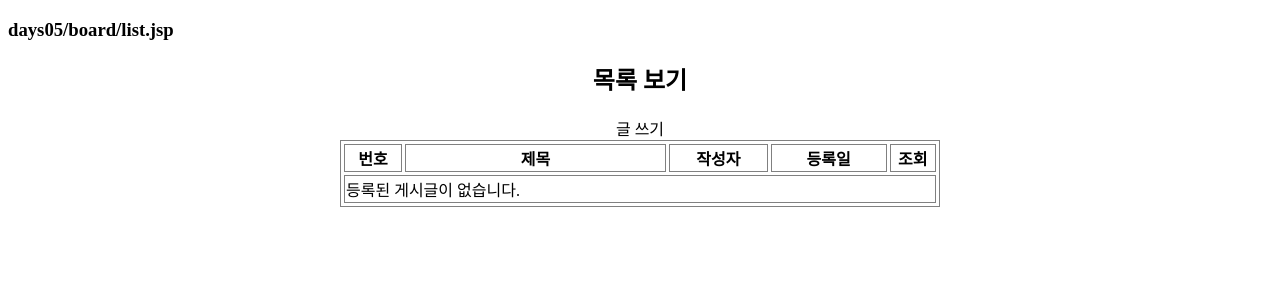
Repository: JavaYoo/kakao-emoticon-web-clone
Page: http://localhost/jspPro/days08/board/list.jsp
The author's editor kept a copy of each file at every save. The page is drawn from the files as they stood at one save, then again after the next save.
The browser window is 1280 px wide. The pictures show the whole page.
The page is served by Tomcat 9. Other server files are loaded and not shown.

Above is the page before, as saved 2022-06-20 05:28:36.

### jspPro/src/main/webapp/days08/board/list.jsp
<%@ page contentType="text/html; charset=UTF-8" pageEncoding="UTF-8"%>
<%@ taglib prefix="c" uri="http://java.sun.com/jsp/jstl/core" %>
<%@ include file="/include.jspf" %>
<!DOCTYPE html>
<html>
<head>
<meta charset="UTF-8">
<meta name="viewport" content="width=device-width, initial-scale=1.0">
<title>2022. 6. 20. - 오후 12:43:10</title>
<link rel="shortcut icon "type = "image/x-icon" href = "../images/SiSt.ico">
<script src="https://ajax.googleapis.com/ajax/libs/jquery/3.6.0/jquery.min.js"></script>
<style>
table, td, th {
   border: solid 1px gray;
}

table {
   border-spacing: 3px;
   border-collapse: separate;
}

table, tr, td {
   /* border-radius: 3px; */
   /* padding:3px;  */

}

tbody tr  td:nth-of-type(2) {
   text-align: left;
}

a {
   text-decoration: none;
   color: black;
}

a:hover {
   color: red;
}
</style>
<!-- 페이징 처리 style -->
<style>
.pagination {
   margin: 0 auto;
   display: flex;
   justify-content: center;
}

.pagination a {
   color: black;
   float: left;
   padding: 4px 8px;
   text-decoration: none;
   transition: background-color .3s;
}

.pagination a.active {
   background-color: dodgerblue;
   color: white;
}

.pagination a:hover:not (.active ) {
   background-color: #ddd;
}
</style>
<style>
.searchWord {
   background-color: yellow;
   color: red;
}
</style>
<style>
.title {
   display: inline-block;
   white-space: nowrap;
   width: 90%;
   overflow: hidden;
   text-overflow: ellipsis;
}
</style>
</head>
<body>

<h3>days05/board/list.jsp</h3>

<div align="center">
	<h2>목록 보기</h2>
	<a href="<%=contextPath %>/cstvsboard/list.htm">글 쓰기</a>
	<table style="width:600px">
		<thead>
			<tr>
				<th width="10%">번호</th>
				<th width="45%">제목</th>
				<th width="17%">작성자</th>
				<th width="20%">등록일</th>
				<th width="10%">조회</th>
			</tr>
		</thead>
		<tbody>
			<!-- EL 연산자 -->
			<c:if test="${ empty list }">
				<tr>
					<td colspan="5">등록된 게시글이 없습니다.</td>
				</tr>
			</c:if>
			<!-- not EL 연산자 -->
			<c:if test="${ not empty list }">
				<!-- request.setAttribute("list",list) -->
				<c:forEach items="${ list }" var="dto">
					<tr>
						<td>${ dto.seq }</td>
						<td>${ dto.title }</td>
						<td>${ dto.writer }</td>
						<td>${ dto.writedate }</td>
						<td>${ dto.readed }</td>
					</tr>
				</c:forEach>
			</c:if>
		</tbody>
		<tfoot>
		</tfoot>
	</table>
</div>


</body>
</html>

### jspPro/src/main/webapp/include.jspf
<%@ page contentType="text/html; charset=UTF-8" pageEncoding="UTF-8"%>
<%
    String contextPath = request.getContextPath();
    request.setCharacterEncoding("UTF-8");
%>

After the next save:
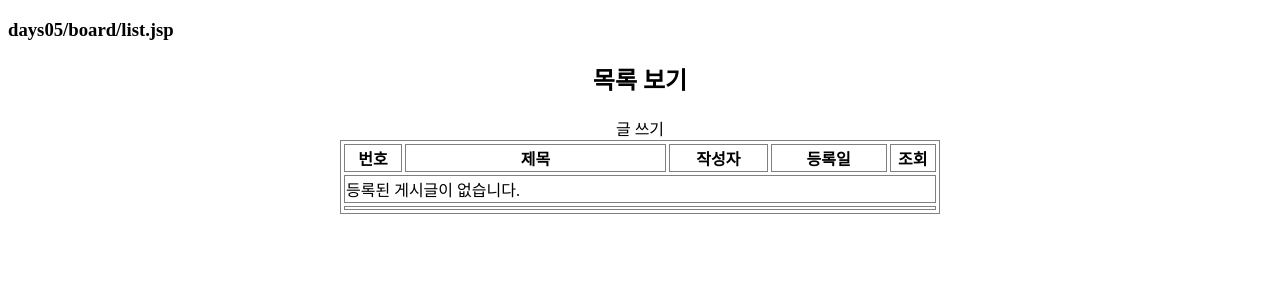
Saved 9 min 53 s later.
--- a/jspPro/src/main/webapp/days08/board/list.jsp
+++ b/jspPro/src/main/webapp/days08/board/list.jsp
@@ -118,6 +118,10 @@
 			</c:if>
 		</tbody>
 		<tfoot>
+			<tr>
+				<td colspan="5" align="center">
+				</td>
+			</tr>
 		</tfoot>
 	</table>
 </div>
